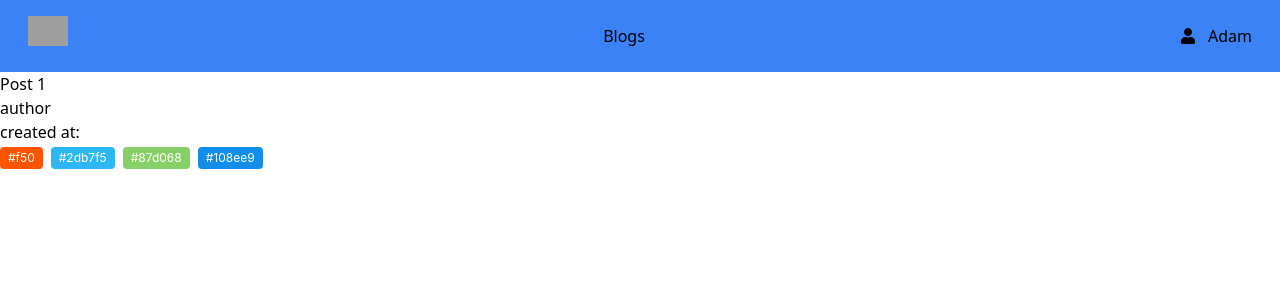
Repository: Lan-au-75/zv-app
Page: /
An editor plug-in stored every save of this project. The page is shown before and after the next save, followed by the edit.
The browser window is 1280 px wide. The pictures show the whole page.
Pictures or frames that could not be fetched are drawn as grey boxes. The project was rebuilt for these pictures with package versions that can differ from the ones it lists, and the page was loaded fresh each time. Also part of the build but not shown: vite.config.js.

Above is the page before, as saved 2023-12-13 11:02:44.

### src/App.jsx
import { Space, Tag } from 'antd'
import Header from './components/Header'
export default function App() {
    return (
        <div>
            <Header></Header>
            <main>
                <h1>Post 1</h1>
                <div>
                    <div>
                        <h3>author</h3>
                        <span className='mt-2'>created at: </span>
                    </div>
                    {/* search keyword */}
                    <div>
                        <Space size={[0, 8]} wrap>
                            <Tag color='#f50'>#f50</Tag>
                            <Tag color='#2db7f5'>#2db7f5</Tag>
                            <Tag color='#87d068'>#87d068</Tag>
                            <Tag color='#108ee9'>#108ee9</Tag>
                        </Space>
                    </div>
                </div>
            </main>
        </div>
    )
}

### src/components/Header.jsx
import { FaUser } from 'react-icons/fa'
function Header() {
    return (
        <header className='bg-blue-500'>
            <div className='flex items-center justify-between mx-3 p-4'>
                <div className='w-10 h-10 '>
                    <img
                        src='https://cdn.pixabay.com/photo/2020/07/21/02/07/facebook-5424833_960_720.png'
                        alt='facebook'
                    />
                </div>
                <div>Blogs</div>
                <div className='flex gap-3 items-center'>
                    <FaUser />
                    <div>Adam</div>
                </div>
            </div>
        </header>
    )
}

export default Header

Loaded but not shown: index.html (common file); src/main.jsx (common file); src/index.css (common file); tailwind.config.js (common file)

After the next save:
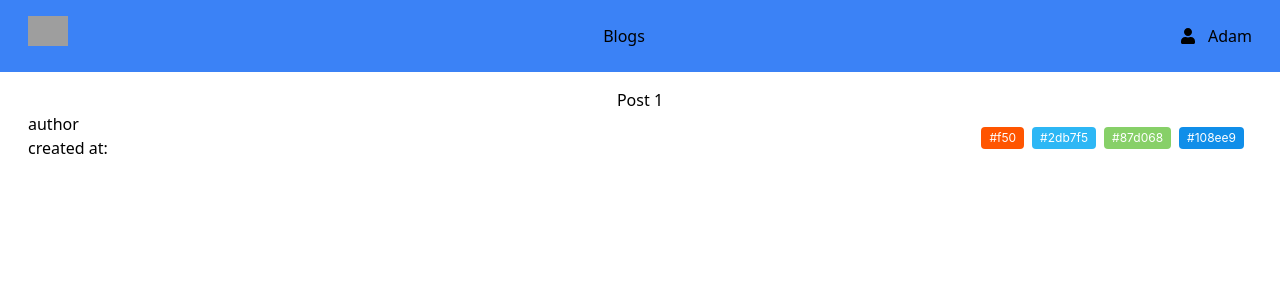
Saved 46 s later.
--- a/src/App.jsx
+++ b/src/App.jsx
@@ -4,9 +4,9 @@
     return (
         <div>
             <Header></Header>
-            <main>
-                <h1>Post 1</h1>
-                <div>
+            <main className='p-4'>
+                <h1 className='flex items-center justify-center'>Post 1</h1>
+                <div className='flex items-center justify-between mx-3'>
                     <div>
                         <h3>author</h3>
                         <span className='mt-2'>created at: </span>
